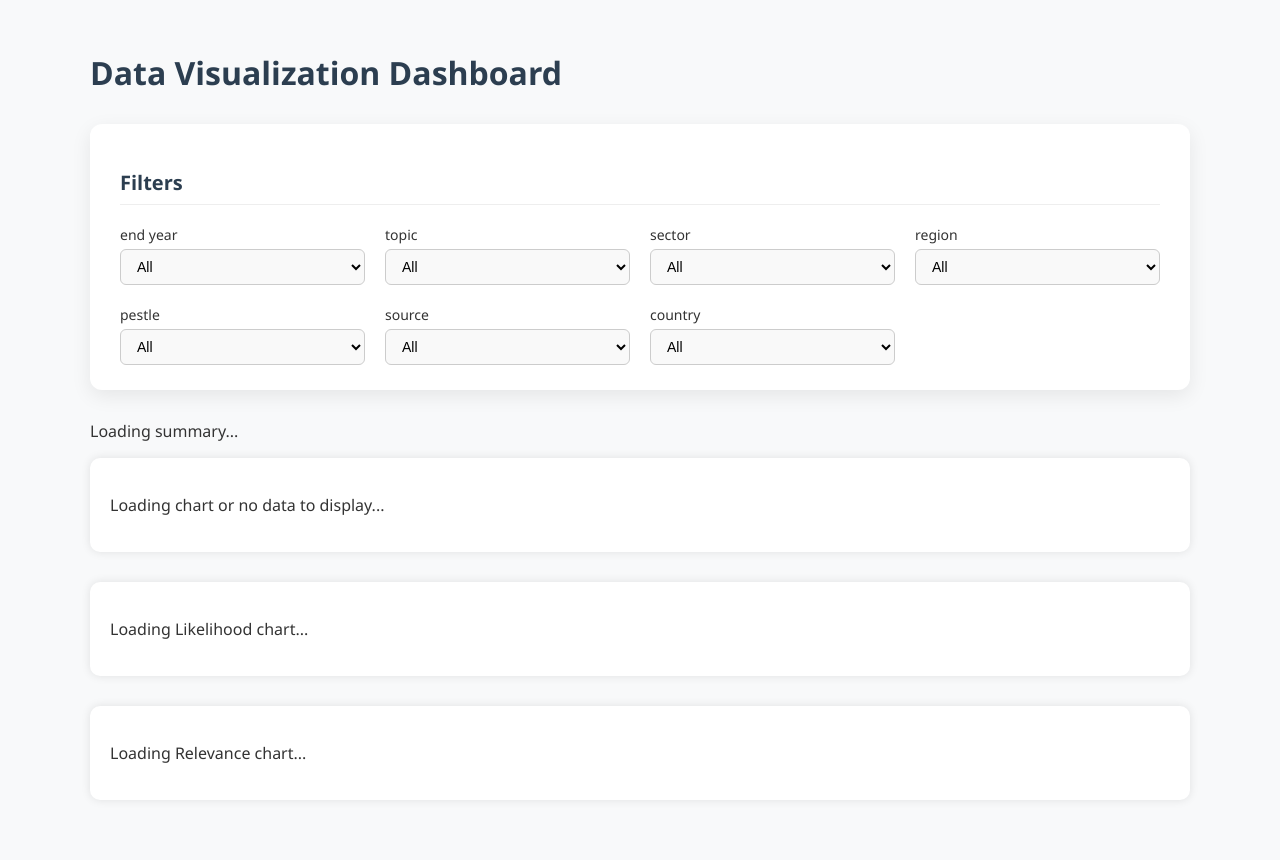
Repository: dikshant-s/DataVisualizationDashboard
Page: / (app in frontend/)
An editor plug-in stored every save of this project. The page is shown before and after the next save, followed by the edit.
The browser window is 1280 px wide. The pictures show the whole page.
The page's requests for data from a server got no answer. The project was rebuilt for these pictures with package versions that can differ from the ones it lists, and the page was loaded fresh each time. No one was signed in, and anything a server would have sent is missing.

Above is the page before, as saved 2025-06-29 10:30:31.

### frontend/public/index.html
<!DOCTYPE html>
<html lang="en">
  <head>
    <meta charset="utf-8" />
    <link rel="icon" href="%PUBLIC_URL%/favicon.ico" />
    <meta name="viewport" content="width=device-width, initial-scale=1" />
    <meta name="theme-color" content="#000000" />
    <title>Data Visualization Dashboard</title>
  </head>
  <body>
    <noscript>You need to enable JavaScript to run this app.</noscript>
    <div id="root"></div>
  </body>
</html>

### frontend/src/App.js
import React, { useState } from "react";
import FilterPanel from "./components/FilterPanel";
import IntensityBarChart from "./components/IntensityBarChart";
import LikelihoodLineChart from "./components/LikelihoodLineChart";
import RelevanceTopicChart from "./components/RelevanceTopicChart";
import Summary from "./components/Summary";
import "./App.css";

const App = () => {
  const [filters, setFilters] = useState({});

  return (
    <div className="container">
      <h1>Data Visualization Dashboard</h1>
      <FilterPanel setFilters={setFilters} />
      <Summary filters={filters} />
      <div className="chart-box">
        <IntensityBarChart filters={filters} />
      </div>
      <div className="chart-box">
        <LikelihoodLineChart filters={filters} />
      </div>
      <div className="chart-box">
        <RelevanceTopicChart filters={filters} />
      </div>
    </div>
  );
};

export default App;

### frontend/src/components/FilterPanel.js
import React, { useEffect, useState } from "react";
import axios from "axios";
import "./FilterPanel.css";
const fields = ["end_year", "topic", "sector", "region", "pestle", "source", "country"];

const FilterPanel = ({ setFilters }) => {
  const [filterOptions, setFilterOptions] = useState({});
  const [selected, setSelected] = useState({});

  useEffect(() => {
    fields.forEach(field => {
      axios.get(`http://localhost:5000/api/data/filters/${field}`)
        .then(res => setFilterOptions(prev => ({ ...prev, [field]: res.data })));
    });
  }, []);

  const handleChange = (e) => {
    const { name, value } = e.target;
    const newSelected = { ...selected, [name]: value };
    setSelected(newSelected);
    setFilters(newSelected);
  };

  return (
    <div className="filter-card">
      <h3>Filters</h3>
      <div className="filter-grid">
        {fields.map((field) => (
          <div className="filter-group" key={field}>
            <label>{field.replaceAll("_", " ")}</label>
            <select name={field} onChange={handleChange}>
              <option value="All">All</option>
              {(filterOptions[field] || []).map((val) => (
                <option key={val} value={val}>{val}</option>
              ))}
            </select>
          </div>
        ))}
      </div>
    </div>
  );
};

export default FilterPanel;

### frontend/src/components/IntensityBarChart.js
import React, { useEffect, useState } from "react";
import axios from "axios";
import { Bar } from "react-chartjs-2";
import { Chart as ChartJS, BarElement, CategoryScale, LinearScale } from 'chart.js';

ChartJS.register(BarElement, CategoryScale, LinearScale);

const IntensityBarChart = ({ filters }) => {
  const [chartData, setChartData] = useState(null);

  useEffect(() => {
    const params = new URLSearchParams(filters).toString();
    axios.get("http://localhost:5000/api/data?" + params)
      .then((res) => {
        const grouped = {};
        res.data.forEach(item => {
          const country = item.country || "Unknown";
          grouped[country] = (grouped[country] || 0) + (item.intensity || 0);
        });

        const labels = Object.keys(grouped);
        const values = Object.values(grouped);

        setChartData({
          labels: labels,
          datasets: [{
            label: "Total Intensity",
            data: values,
            backgroundColor: "rgba(75,192,192,0.6)",
            borderRadius: 5,
          }]
        });
      }).catch((err) => {
        console.error("Error fetching data:", err);
      });
  }, [filters]);

  if (!chartData || chartData.labels.length === 0) {
    return <p>Loading chart or no data to display...</p>;
  }

  return (
    <div style={{ maxWidth: "800px", margin: "auto" }}>
      <h3>Intensity by Country</h3>
      <Bar data={chartData} />
    </div>
  );
};

export default IntensityBarChart;

### frontend/src/components/LikelihoodLineChart.js
import React, { useEffect, useState } from "react";
import axios from "axios";
import { Line } from "react-chartjs-2";
import { Chart as ChartJS, LineElement, PointElement, CategoryScale, LinearScale } from "chart.js";

ChartJS.register(LineElement, PointElement, CategoryScale, LinearScale);

const LikelihoodLineChart = ({ filters }) => {
  const [chartData, setChartData] = useState(null);

  useEffect(() => {
    const params = new URLSearchParams(filters).toString();
    axios.get("http://localhost:5000/api/data?" + params)
      .then((res) => {
        const grouped = {};
        res.data.forEach(item => {
          const year = item.start_year || "Unknown";
          grouped[year] = (grouped[year] || 0) + (item.likelihood || 0);
        });

        const labels = Object.keys(grouped).sort();
        const values = labels.map(l => grouped[l]);

        setChartData({
          labels,
          datasets: [{
            label: "Likelihood Over Years",
            data: values,
            borderColor: "#36a2eb",
            fill: false
          }]
        });
      });
  }, [filters]);

  if (!chartData) return <p>Loading Likelihood chart...</p>;

  return (
    <div style={{ maxWidth: "800px", margin: "auto" }}>
      <h3>Likelihood Over Years</h3>
      <Line data={chartData} />
    </div>
  );
};

export default LikelihoodLineChart;

### frontend/src/components/RelevanceTopicChart.js
import React, { useEffect, useState } from "react";
import axios from "axios";
import { Bar } from "react-chartjs-2";
import { Chart as ChartJS, BarElement, CategoryScale, LinearScale } from "chart.js";

ChartJS.register(BarElement, CategoryScale, LinearScale);

const RelevanceTopicChart = ({ filters }) => {
  const [chartData, setChartData] = useState(null);

  useEffect(() => {
    const params = new URLSearchParams(filters).toString();
    axios.get("http://localhost:5000/api/data?" + params)
      .then((res) => {
        const grouped = {};
        res.data.forEach(item => {
          const topic = item.topic || "Unknown";
          grouped[topic] = (grouped[topic] || 0) + (item.relevance || 0);
        });

        const labels = Object.keys(grouped);
        const values = labels.map(l => grouped[l]);

        setChartData({
          labels,
          datasets: [{
            label: "Relevance by Topic",
            data: values,
            backgroundColor: "rgba(153, 102, 255, 0.6)"
          }]
        });
      });
  }, [filters]);

  if (!chartData) return <p>Loading Relevance chart...</p>;

  return (
    <div style={{ maxWidth: "800px", margin: "auto" }}>
      <h3>Relevance by Topic</h3>
      <Bar data={chartData} options={{ indexAxis: "y" }} />
    </div>
  );
};

export default RelevanceTopicChart;

### frontend/src/components/Summary.js
import React, { useEffect, useState } from "react";
import axios from "axios";

const Summary = ({ filters }) => {
  const [summary, setSummary] = useState(null);

  useEffect(() => {
    const params = new URLSearchParams(filters).toString();
    axios.get("http://localhost:5000/api/data?" + params)
      .then((res) => {
        const data = res.data;
        const total = data.length;
        const avg = (key) => total === 0 ? 0 : (data.reduce((sum, d) => sum + (d[key] || 0), 0) / total).toFixed(2);

        setSummary({
          total,
          avgIntensity: avg("intensity"),
          avgLikelihood: avg("likelihood"),
          avgRelevance: avg("relevance")
        });
      });
  }, [filters]);

  if (!summary) return <p>Loading summary...</p>;

  return (
    <div style={{ padding: "10px 20px", border: "1px solid #ccc", margin: "20px auto", maxWidth: 600 }}>
      <h3>Summary</h3>
      <p><strong>Total Records:</strong> {summary.total}</p>
      <p><strong>Average Intensity:</strong> {summary.avgIntensity}</p>
      <p><strong>Average Likelihood:</strong> {summary.avgLikelihood}</p>
      <p><strong>Average Relevance:</strong> {summary.avgRelevance}</p>
    </div>
  );
};

export default Summary;

### frontend/src/App.css
body {
  font-family: 'Segoe UI', sans-serif;
  margin: 0;
  padding: 0;
  background-color: #f8f9fa;
  color: #333;
}

.container {
  max-width: 1100px;
  margin: 0 auto;
  padding: 30px 20px;
}

h1, h3 {
  color: #2c3e50;
}

.chart-box {
  background: #ffffff;
  border-radius: 10px;
  padding: 20px;
  margin-bottom: 30px;
  box-shadow: 0 0 10px rgba(0, 0, 0, 0.1);
}

.summary-box {
  background: #e9f5ff;
  border: 1px solid #b8daff;
  padding: 20px;
  margin: 20px 0;
  border-radius: 10px;
}

### frontend/src/components/FilterPanel.css
.filter-card {
  background: #ffffff;
  padding: 25px 30px;
  border-radius: 12px;
  box-shadow: 0 6px 20px rgba(0, 0, 0, 0.08);
  margin: 30px 0;
}

.filter-card h3 {
  margin-bottom: 20px;
  font-size: 20px;
  color: #2c3e50;
  border-bottom: 1px solid #eee;
  padding-bottom: 8px;
}

.filter-grid {
  display: grid;
  grid-template-columns: repeat(auto-fill, minmax(220px, 1fr));
  gap: 20px;
}

.filter-group {
  display: flex;
  flex-direction: column;
}

.filter-group label {
  font-size: 14px;
  margin-bottom: 5px;
  color: #333;
}

.filter-group select {
  padding: 8px 12px;
  border-radius: 6px;
  border: 1px solid #ccc;
  background: #f9f9f9;
  font-size: 14px;
  transition: 0.2s ease;
}

.filter-group select:focus {
  outline: none;
  border-color: #3498db;
  background: #fff;
}

Loaded but not shown: frontend/src/index.js (common file)

After the next save:
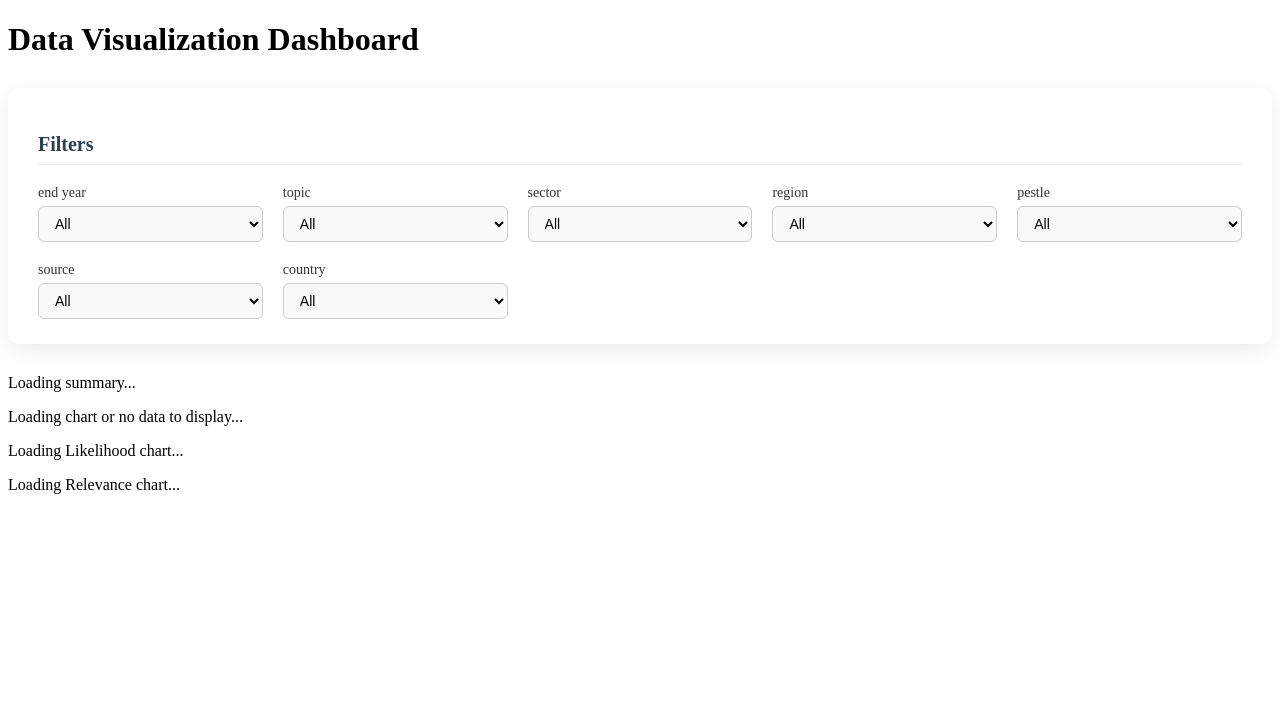
Saved 10 s later.
--- a/frontend/src/App.js
+++ b/frontend/src/App.js
@@ -4,7 +4,7 @@ import IntensityBarChart from "./components/IntensityBarChart";
 import LikelihoodLineChart from "./components/LikelihoodLineChart";
 import RelevanceTopicChart from "./components/RelevanceTopicChart";
 import Summary from "./components/Summary";
-import "./App.css";
+// import "./App.css";
 
 const App = () => {
   const [filters, setFilters] = useState({});
